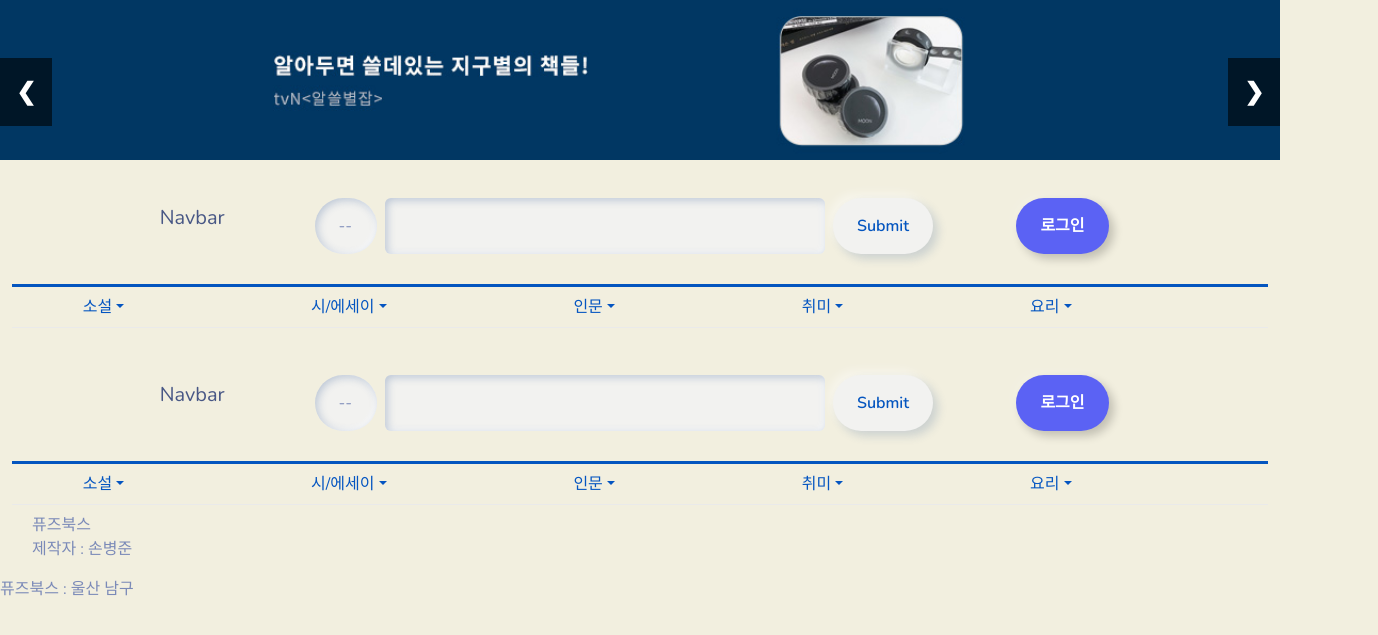
Repository: BusyGuy00/SpringworkspaceStudy
Page: http://localhost/a_manager/WEB-INF/views/product/list.jsp
These files come from the project's save history. The page is drawn as it stood at one moment and after the next save; the edit follows.
The browser window is 1280 px wide. The page is 1378 px wide, so the pictures cover 1378 px, including what lies to the right of the window. The pictures show the whole page.
The page is served by Tomcat 9. Nobody is signed in. The template is opened directly, without the code that normally fills it, so the values that code supplies are empty.

Above is the page before, as saved 2023-09-08 00:35:29.

After the next save:
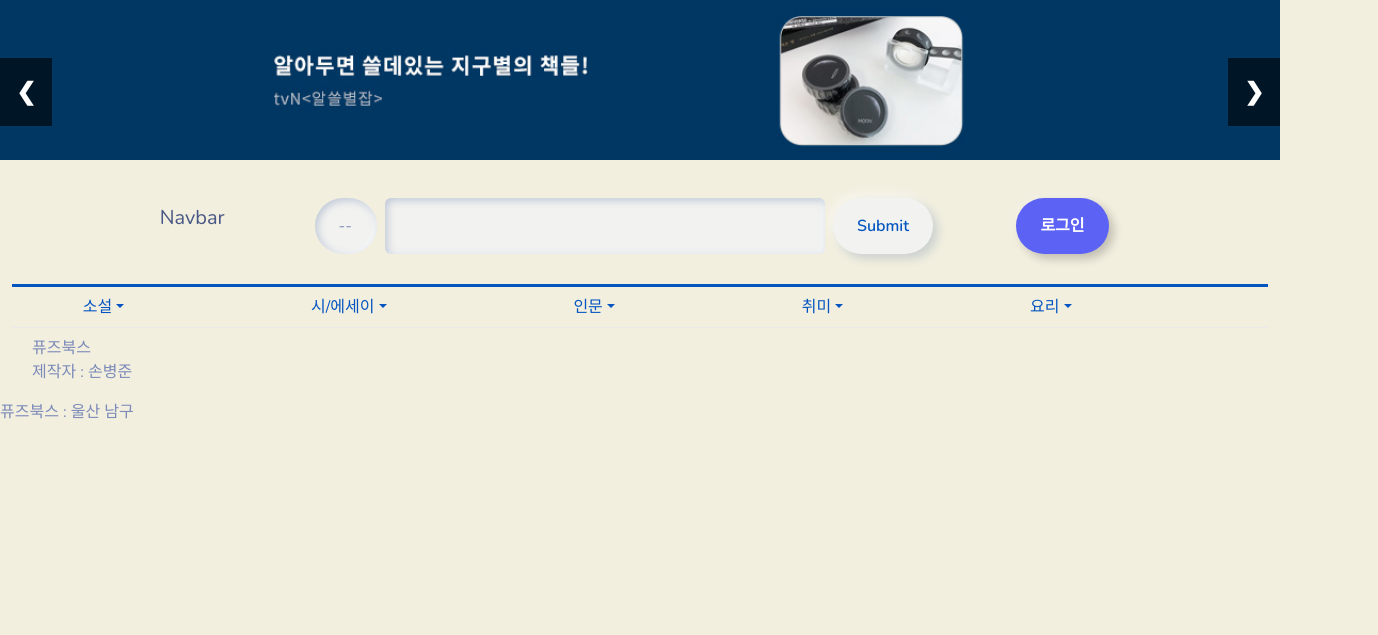
Saved 90 s later.
--- a/a_manager/src/main/webapp/WEB-INF/views/product/list.jsp
+++ b/a_manager/src/main/webapp/WEB-INF/views/product/list.jsp
@@ -33,7 +33,7 @@
 		</div>
 	</div>
 </div>
-<%@ include file="../include/header.jsp" %>
+
 
 <div>
 	<form class="list_form" method = "post" name="frm"  action="/sale/insert">

After the save that followed:
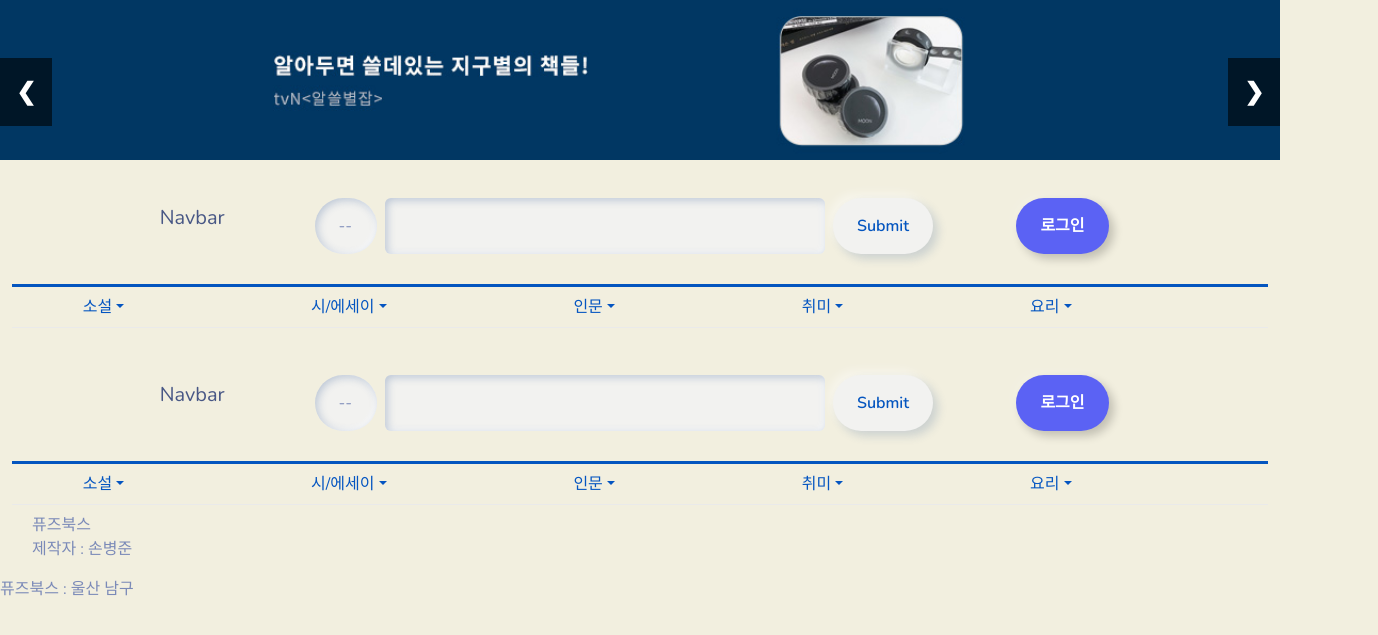
Saved 15 s later.
--- a/a_manager/src/main/webapp/WEB-INF/views/product/list.jsp
+++ b/a_manager/src/main/webapp/WEB-INF/views/product/list.jsp
@@ -33,7 +33,7 @@
 		</div>
 	</div>
 </div>
-
+<%@ include file="../include/header.jsp" %>
 
 <div>
 	<form class="list_form" method = "post" name="frm"  action="/sale/insert">
